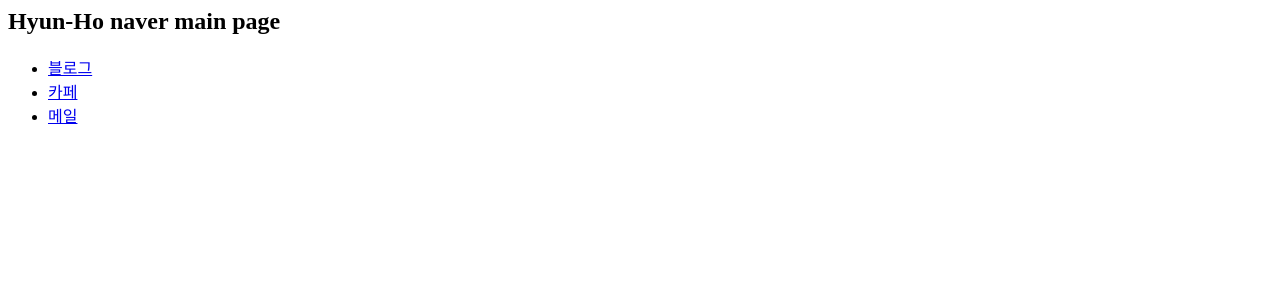
Repository: shinhyunho7653/spring-class-content
Page: Day57_20260812_2/src/main/resources/static/index.html
These files come from the project's save history. The page is drawn as it stood at one moment and after the next save; the edit follows.
The browser window is 1280 px wide. The pictures show the whole page.

Above is the page before, as saved 2026-08-12 07:27:34.

After the next save:
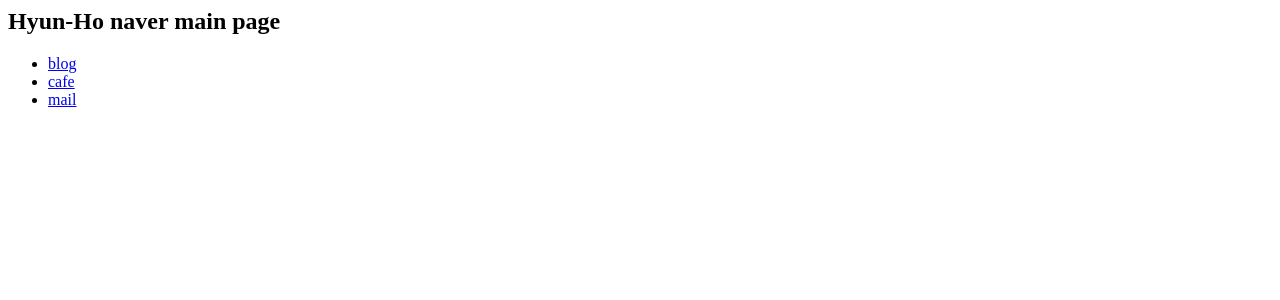
Saved 65 s later.
--- a/Day57_20260812_2/src/main/resources/static/index.html
+++ b/Day57_20260812_2/src/main/resources/static/index.html
@@ -8,13 +8,13 @@
 	<header>
 		<ul>
 			<li>
-				<a href="/blog">블로그</a>
+				<a href="/blog">blog</a>
 			</li>
 			<li>
-				<a href="/cafe">카페</a>
+				<a href="/cafe">cafe</a>
 			</li>
 			<li>
-				<a href="/mail">메일</a>
+				<a href="/mail">mail</a>
 			</li>
 		</ul>
 	</header>
